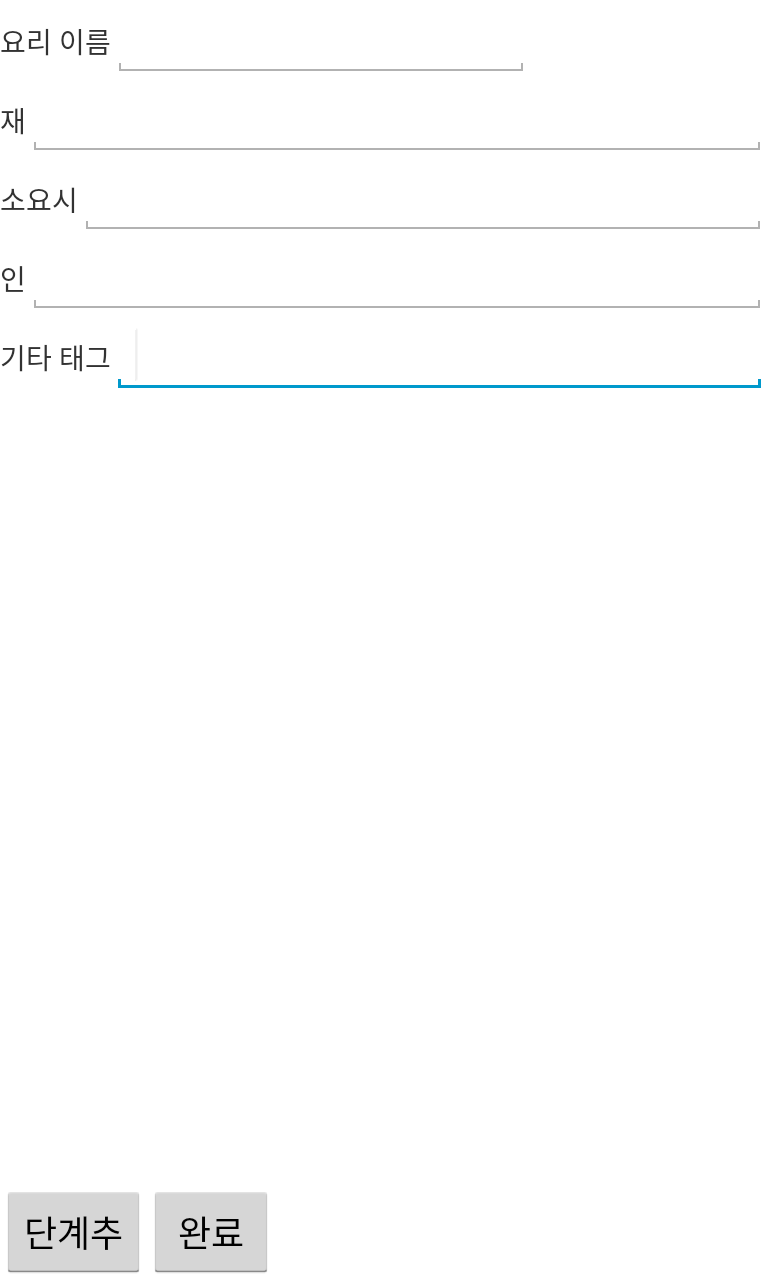
Repository: lay126/fuding_wewe
Layout: fuding_android/FudingAndroid/res/layout/fragment_addposting.xml
These files come from the project's save history. The layout is drawn as it stood at one moment and after the next save; the edit follows.
It is drawn on a 768 x 1280 px phone screen (xhdpi) without system bars, with theme AppTheme; the app's code is not run.

Above is the layout before, as saved 2015-07-21 08:06:23.

### fuding_android/FudingAndroid/res/layout/fragment_addposting.xml
<?xml version="1.0" encoding="utf-8"?>
<LinearLayout xmlns:android="http://schemas.android.com/apk/res/android"
    android:layout_width="match_parent"
    android:layout_height="match_parent"
    android:orientation="vertical" >

    <LinearLayout
        android:id="@+id/LinearLayout1"
        android:layout_width="match_parent"
        android:layout_height="wrap_content"
        android:orientation="vertical" >

        <LinearLayout
            android:layout_width="match_parent"
            android:layout_height="wrap_content" >

            <TextView
                android:layout_width="wrap_content"
                android:layout_height="wrap_content"
                android:text="요리 이름" />

            <EditText
                android:id="@+id/edit_title"
                android:layout_width="wrap_content"
                android:layout_height="wrap_content"
                android:ems="10" >

                <requestFocus />
            </EditText>

        </LinearLayout>

        <LinearLayout
            android:layout_width="match_parent"
            android:layout_height="wrap_content" >

            <TextView
                android:layout_width="wrap_content"
                android:layout_height="wrap_content"
                android:text="재" />

            <EditText
                android:id="@+id/edit_ingredient"
                android:layout_width="wrap_content"
                android:layout_height="wrap_content"
                android:layout_weight="1"
                android:ems="10" >

                <requestFocus />
            </EditText>

        </LinearLayout>
        <LinearLayout
            android:layout_width="match_parent"
            android:layout_height="wrap_content" >

            <TextView
                android:id="@+id/textView1"
                android:layout_width="wrap_content"
                android:layout_height="wrap_content"
                android:text="소요시" />

            <EditText
                android:id="@+id/edit_time"
                android:layout_width="wrap_content"
                android:layout_height="wrap_content"
                android:layout_weight="1"
                android:ems="10" >

                <requestFocus />
            </EditText>

        </LinearLayout>
        <LinearLayout
            android:layout_width="match_parent"
            android:layout_height="wrap_content" >

            <TextView
                android:layout_width="wrap_content"
                android:layout_height="wrap_content"
                android:text="인" />

            <EditText
                android:id="@+id/edit_amount"
                android:layout_width="wrap_content"
                android:layout_height="wrap_content"
                android:layout_weight="1"
                android:ems="10" >

                <requestFocus />
            </EditText>

        </LinearLayout>
        <LinearLayout
            android:layout_width="match_parent"
            android:layout_height="wrap_content" >

            <TextView
                android:layout_width="wrap_content"
                android:layout_height="wrap_content"
                android:text="기타 태그" />

            <EditText
                android:id="@+id/edit_tag"
                android:layout_width="wrap_content"
                android:layout_height="wrap_content"
                android:layout_weight="1"
                android:ems="10" >

                <requestFocus />
            </EditText>

        </LinearLayout>

    </LinearLayout>

    <RelativeLayout
        android:layout_width="match_parent"
        android:layout_height="match_parent" >

        <Button
            android:id="@+id/button1"
            android:layout_width="wrap_content"
            android:layout_height="wrap_content"
            android:layout_alignParentBottom="true"
            android:layout_alignParentLeft="true"
            android:text="단계추" />

        <Button
            android:id="@+id/button2"
            android:layout_width="wrap_content"
            android:layout_height="wrap_content"
            android:layout_alignParentBottom="true"
            android:layout_toRightOf="@+id/button1"
            android:text="완료" />

    </RelativeLayout>

</LinearLayout>

Loaded but not shown: fuding_android/FudingAndroid/res/values/styles.xml (common file); fuding_android/FudingAndroid/res/values-v11/styles.xml (common file); fuding_android/FudingAndroid/res/values-v14/styles.xml (common file)

After the next save:
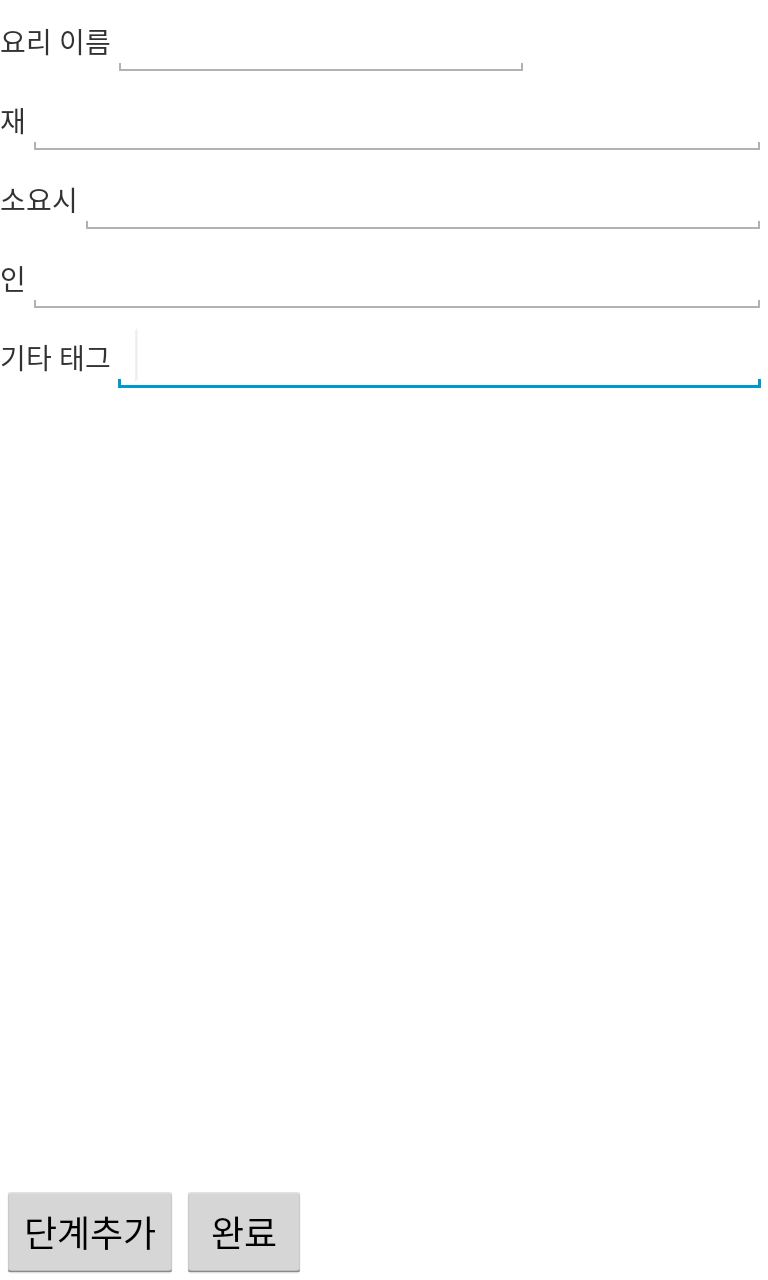
Saved 4 min 6 s later.
--- a/fuding_android/FudingAndroid/res/layout/fragment_addposting.xml
+++ b/fuding_android/FudingAndroid/res/layout/fragment_addposting.xml
@@ -124,7 +124,7 @@
             android:layout_height="wrap_content"
             android:layout_alignParentBottom="true"
             android:layout_alignParentLeft="true"
-            android:text="단계추" />
+            android:text="단계추가" />
 
         <Button
             android:id="@+id/button2"
